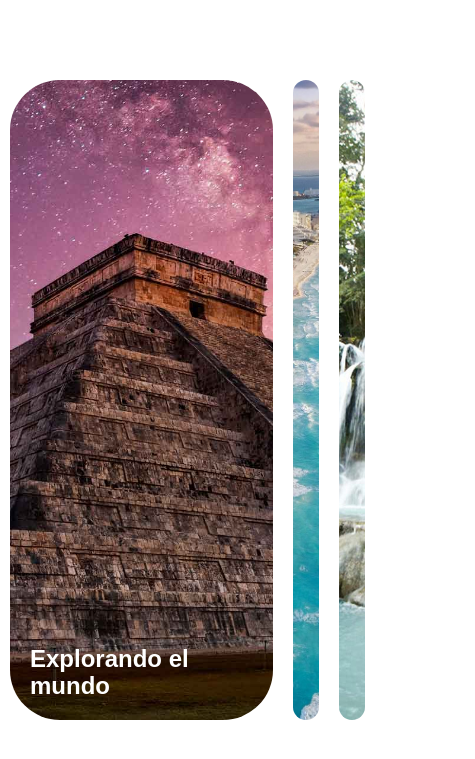
Repository: ElideZavala/Tarjetas-de-Imagenes
Page: index.html
These files come from the project's save history. The page is drawn as it stood at one moment and after the next save; the edit follows.
The browser window is 375 px wide. The page is 475 px wide, then 436 px, then 475 px, so the pictures cover 475 px, including what lies to the right of the window. The pictures show the whole page.
Some web fonts or font styles are not loaded; a fallback is used.

Above is the page before, as saved 2021-05-27 09:54:09.
Not found: script.js

After the next save:
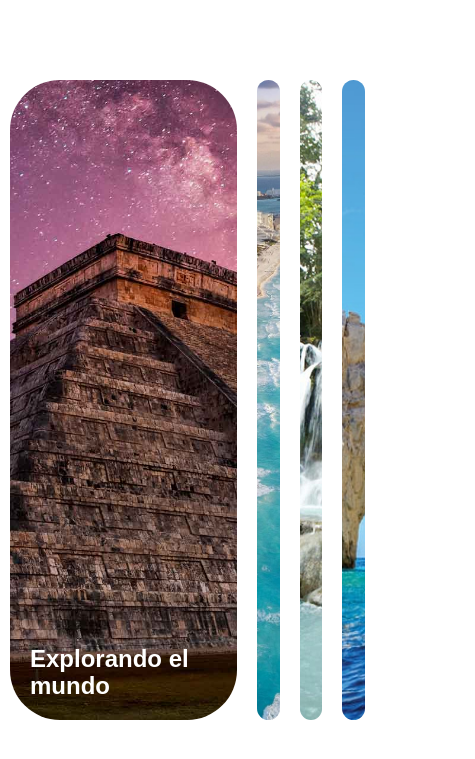
Saved 119 s later.
--- a/style.css
+++ b/style.css
@@ -56,7 +56,6 @@
 		width: 100vw;
 	}
 
-	.panel:nth-of-type(4),
 	.panel:nth-of-type(5),
 	.panel:nth-of-type(6) {
 		display: none;

After the save that followed:
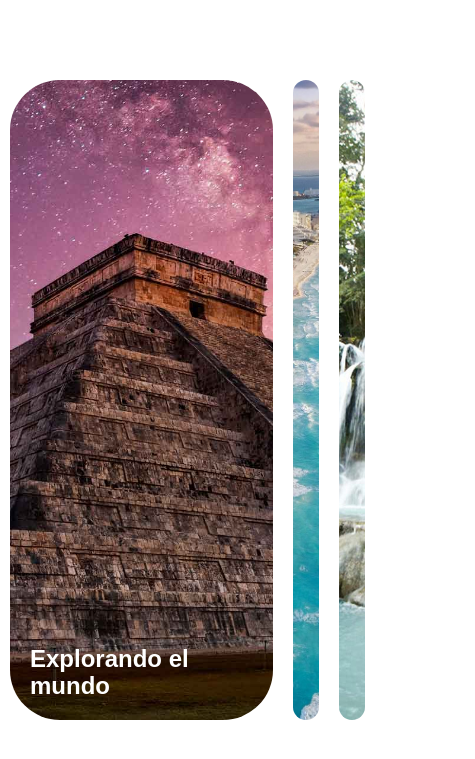
Saved 25 s later.
--- a/style.css
+++ b/style.css
@@ -56,6 +56,7 @@
 		width: 100vw;
 	}
 
+	.panel:nth-of-type(4),
 	.panel:nth-of-type(5),
 	.panel:nth-of-type(6) {
 		display: none;
